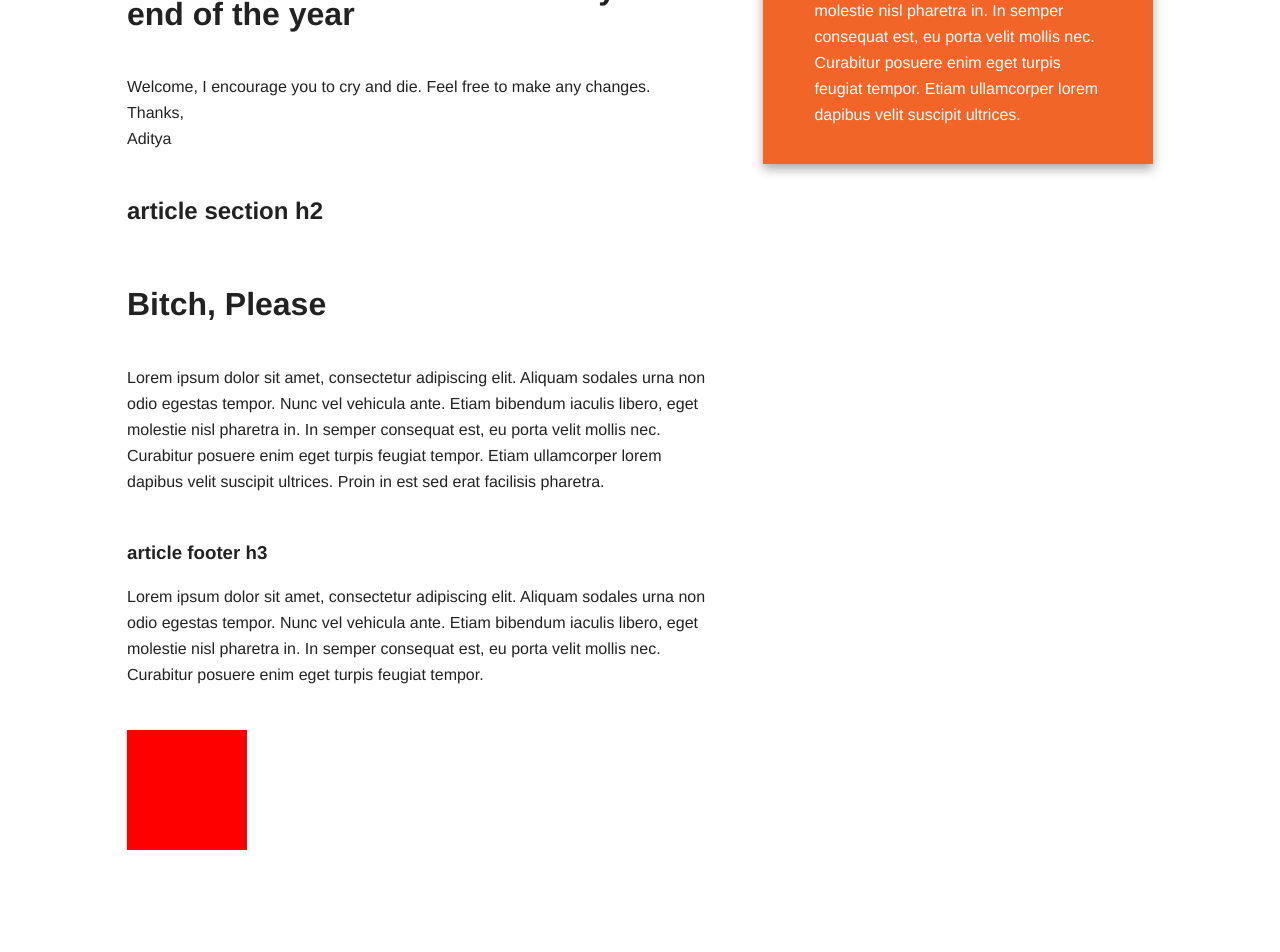
Repository: creativeday/Team2
Page: index.html
The author's editor kept a record of every edit. The page is drawn from the files as they stood at one moment, then again after the next edit.
The browser window is 1280 px wide. The pictures show the part of the page from y = 641 to 1593 px (the page is 2077 px tall before and 1956 px after).
A picture or video elsewhere on the page could not be fetched, so the positions and the page height are approximate. Some web libraries are served in a nearby version.

Above is the page before.

### index.html
<!DOCTYPE html>
<html class="no-js">
    <head>
        <script>
            alert("Welcome");
        </script>
        <meta charset="utf-8">
        <meta http-equiv="X-UA-Compatible" content="IE=edge,chrome=1">
        <title>Aditya</title>
        <meta name="description" content="">
        <meta name="viewport" content="width=device-width, initial-scale=1">

        <link rel="stylesheet" href="css/normalize.min.css">
        <link rel="stylesheet" href="css/main.css">

        <script src="js/vendor/modernizr-2.6.2-respond-1.1.0.min.js"></script>
    </head>
    <body>

        <div class="header-container">
            <header class="wrapper clearfix">
                <img src = http://upload.wikimedia.org/wikipedia/en/0/08/LearnToBeLogo.gif>
                <div class = "navlink">
                    <br>
                    <a href = "http://google.com">
                        <button>Google</button>
                    </a>
                </div>
                <div class = "navlink">
                    <br>
                    <a href = "http://google.com">
                        <button>Aditya is the best</button>
                    </a>
                </div>
                <div class = "navlink">
                    <br>
                    <a href = "http://google.com">
                        <button>Better than you</button>
                    </a>
                </div>
                <div class = "navlink">
                    <br>
                    <a href = "http://google.com">
                        <button>Button</button>
                    </a>
                </div>
                <div class = "navlink">
                    <br>
                    <a href = "http://google.com">
                        <button>Button</button>
                    </a>
                </div>
                <div class = "navlink">
                    <br>
                    <a href = "http://google.com">
                        <button>Button</button>
                    </a>
                </div>
                <nav>
                    <ul>
                        <li><a href="#">Innovate</a></li>
                        <li><a href="#">Create</a></li>
                        <li><a href="http://www.mvcompsci.com">MV Comp Sci</a></li>
                    </ul>
                </nav>
            </header>
        </div>

        <div class="main-container">
            <div class="main wrapper clearfix">

                <article>
                    <header>
                        <h1>Welcome</h1>
                        <h1>Lets get started</h1>
                    </header>
                    <section>
                        <br>
                        <h1>We really need to start working on the website if we need to finish it by the end of the year</h1><br>
                        Welcome, I encourage you to cry and die. Feel free to make any changes.
                        <br> Thanks,
                        <br> Aditya<br><br>
                    </section>
                    <section>
                        <h2>article section h2</h2>
                        <br><h1>Bitch, Please</h1><br>
                        Lorem ipsum dolor sit amet, consectetur adipiscing elit. Aliquam sodales urna non odio egestas tempor. Nunc vel vehicula ante. Etiam bibendum iaculis libero, eget molestie nisl pharetra in. In semper consequat est, eu porta velit mollis nec. Curabitur posuere enim eget turpis feugiat tempor. Etiam ullamcorper lorem dapibus velit suscipit ultrices. Proin in est sed erat facilisis pharetra.<br><br>
                    </section>
                    <footer>
                        <h3>article footer h3</h3>
                        Lorem ipsum dolor sit amet, consectetur adipiscing elit. Aliquam sodales urna non odio egestas tempor. Nunc vel vehicula ante. Etiam bibendum iaculis libero, eget molestie nisl pharetra in. In semper consequat est, eu porta velit mollis nec. Curabitur posuere enim eget turpis feugiat tempor.<br><br>
                    </footer>

                    <div>
                    <p></p><br><br><br><br><br><br><br><br><br><br><br><br><br><br><br><br>
                </article>

                <aside>
                    <h3>Aditya Ramkumar's Team 2 site</h3>
                    This site belongs to Aditya! Lorem ipsum dolor sit amet, consectetur adipiscing elit. Aliquam sodales urna non odio egestas tempor. Nunc vel vehicula ante. Etiam bibendum iaculis libero, eget molestie nisl pharetra in. In semper consequat est, eu porta velit mollis nec. Curabitur posuere enim eget turpis feugiat tempor. Etiam ullamcorper lorem dapibus velit suscipit ultrices.<br><br>
                </aside>

            </div> <!-- #main -->

        </div> <!-- #main-container -->

        <div>
            <style>
p {
    width: 120px;
    height: 120px;
    background: red;
    position: relative;
    /* Chrome, Safari, Opera */
    -webkit-animation-name: myfirst;
    -webkit-animation-duration: 3s;
    -webkit-animation-timing-function: linear;
    -webkit-animation-delay: 2s;
    -webkit-animation-iteration-count: infinite;
    -webkit-animation-direction: alternate;
    -webkit-animation-play-state: running;
    -webkit-transition: width 2s; /* For Safari 3.1 to 6.0 */
    transition: width 2s;
    /* Standard syntax */
    animation-name: myfirst;
    animation-duration: 3s;
    animation-timing-function: linear;
    animation-delay: 2s;
    animation-iteration-count: infinite;
    animation-direction: alternate;
    animation-play-state: running;
}

/* Chrome, Safari, Opera */
@-webkit-keyframes myfirst {
    0%   {background:red; left:0px; top:0px;}
    25%  {background:yellow; left:450px; top:0px;}
    50%  {background:blue; left:450px; top:450px;}
    75%  {background:green; left:0px; top:450px;}
    100% {background:red; left:0px; top:0px;}
}

/* Standard syntax */
@keyframes myfirst {
    0%   {background:red; left:0px; top:0px;}
    25%  {background:yellow; left:450px; top:0px;}
    50%  {background:blue; left:450px; top:450px;}
    75%  {background:green; left:0px; top:450px;}
    100% {background:red; left:0px; top:0px;}
}
p:hover {
    width: 300px;
}
</style>
        </div>


        <div class="footer-container">
            <footer class="wrapper">
                <h3>Thank you from Aditya</h3>
            </footer>
        </div>

        <script src="//ajax.googleapis.com/ajax/libs/jquery/1.11.1/jquery.min.js"></script>
        <script>window.jQuery || document.write('<script src="js/vendor/jquery-1.11.1.min.js"><\/script>')</script>

        <script src="js/main.js"></script>
    </body>
</html>

### css/main.css
/*! HTML5 Boilerplate v4.3.0 | MIT License | http://h5bp.com/ */

.navlink {
    width: 16.666%;
    float: left;
}

html,
button,
input,
select,
textarea {
    color: #222;
}

html {
    font-size: 1em;
    line-height: 1.4;
}

::-moz-selection {
    background: #b3d4fc;
    text-shadow: none;
}

::selection {
    background: #b3d4fc;
    text-shadow: none;
}

hr {
    display: block;
    height: 1px;
    border: 0;
    border-top: 1px solid #ccc;
    margin: 1em 0;
    padding: 0;
}

audio,
canvas,
img,
video {
    vertical-align: middle;
}

fieldset {
    border: 0;
    margin: 0;
    padding: 0;
}

textarea {
    resize: vertical;
}

.browsehappy {
    margin: 0.2em 0;
    background: #ccc;
    color: #000;
    padding: 0.2em 0;
}


/* ===== Initializr Styles ==================================================
   Author: Jonathan Verrecchia - verekia.com/initializr/responsive-template
   ========================================================================== */

body {
    font: 16px/26px Helvetica, Helvetica Neue, Arial;
}

.wrapper {
    width: 90%;
    margin: 0 5%;
}

/* ===================
    ALL: Orange Theme
   =================== */

.header-container {
    border-bottom: 20px solid #e44d26;
}

.footer-container,
.main aside {
    border-top: 20px solid #e44d26;
}

.header-container,
.footer-container,
.main aside {
    background: #f16529;
}

.title {
    color: white;
}

/* ==============
    MOBILE: Menu
   ============== */

nav ul {
    margin: 0;
    padding: 0;
}

nav a {
    display: block;
    margin-bottom: 10px;
    padding: 15px 0;

    text-align: center;
    text-decoration: none;
    font-weight: bold;

    color: white;
    background: #e44d26;
}

nav a:hover,
nav a:visited {
    color: white;
}

nav a:hover {
    text-decoration: underline;
}

/* ==============
    MOBILE: Main
   ============== */

.main {
    padding: 30px 0;
}

.main article h1 {
    font-size: 2em;
}

.main aside {
    color: white;
    padding: 0px 5% 10px;
}

.footer-container footer {
    color: white;
    padding: 20px 0;
}

/* ===============
    ALL: IE Fixes
   =============== */

.ie7 .title {
    padding-top: 20px;
}

/* ==========================================================================
   Author's custom styles
   ========================================================================== */















/* ==========================================================================
   Media Queries
   ========================================================================== */

@media only screen and (min-width: 480px) {

/* ====================
    INTERMEDIATE: Menu
   ==================== */

    nav a {
        float: left;
        width: 27%;
        margin: 0 1.7%;
        padding: 25px 2%;
        margin-bottom: 0;
    }

    nav li:first-child a {
        margin-left: 0;
    }

    nav li:last-child a {
        margin-right: 0;
    }

/* ========================
    INTERMEDIATE: IE Fixes
   ======================== */

    nav ul li {
        display: inline;
    }

    .oldie nav a {
        margin: 0 0.7%;
    }
}

@media only screen and (min-width: 768px) {

/* ====================
    WIDE: CSS3 Effects
   ==================== */

    .header-container,
    .main aside {
        -webkit-box-shadow: 0 5px 10px #aaa;
           -moz-box-shadow: 0 5px 10px #aaa;
                box-shadow: 0 5px 10px #aaa;
    }

/* ============
    WIDE: Menu
   ============ */

    .title {
        float: left;
    }

    nav {
        float: right;
        width: 38%;
    }

/* ============
    WIDE: Main
   ============ */

    .main article {
        float: left;
        width: 57%;
    }

    .main aside {
        float: right;
        width: 28%;
    }
}

@media only screen and (min-width: 1140px) {

/* ===============
    Maximal Width
   =============== */

    .wrapper {
        width: 1026px; /* 1140px - 10% for margins */
        margin: 0 auto;
    }
}

/* ==========================================================================
   Helper classes
   ========================================================================== */

.ir {
    background-color: transparent;
    border: 0;
    overflow: hidden;
    *text-indent: -9999px;
}

.ir:before {
    content: "";
    display: block;
    width: 0;
    height: 150%;
}

.hidden {
    display: none !important;
    visibility: hidden;
}

.visuallyhidden {
    border: 0;
    clip: rect(0 0 0 0);
    height: 1px;
    margin: -1px;
    overflow: hidden;
    padding: 0;
    position: absolute;
    width: 1px;
}

.visuallyhidden.focusable:active,
.visuallyhidden.focusable:focus {
    clip: auto;
    height: auto;
    margin: 0;
    overflow: visible;
    position: static;
    width: auto;
}

.invisible {
    visibility: hidden;
}

.clearfix:before,
.clearfix:after {
    content: " ";
    display: table;
}

.clearfix:after {
    clear: both;
}

.clearfix {
    *zoom: 1;
}

/* ==========================================================================
   Print styles
   ========================================================================== */

@media print {
    * {
        background: transparent !important;
        color: #000 !important;
        box-shadow: none !important;
        text-shadow: none !important;
    }

    a,
    a:visited {
        text-decoration: underline;
    }

    a[href]:after {
        content: " (" attr(href) ")";
    }

    abbr[title]:after {
        content: " (" attr(title) ")";
    }

    .ir a:after,
    a[href^="javascript:"]:after,
    a[href^="#"]:after {
        content: "";
    }

    pre,
    blockquote {
        border: 1px solid #999;
        page-break-inside: avoid;
    }

    thead {
        display: table-header-group;
    }

    tr,
    img {
        page-break-inside: avoid;
    }

    img {
        max-width: 100% !important;
    }

    @page {
        margin: 0.5cm;
    }

    p,
    h2,
    h3 {
        orphans: 3;
        widows: 3;
    }

    h2,
    h3 {
        page-break-after: avoid;
    }

}

Loaded but not shown: css/normalize.min.css (common file); js/vendor/modernizr-2.6.2-respond-1.1.0.min.js (library); js/main.js (empty)

After the next edit:
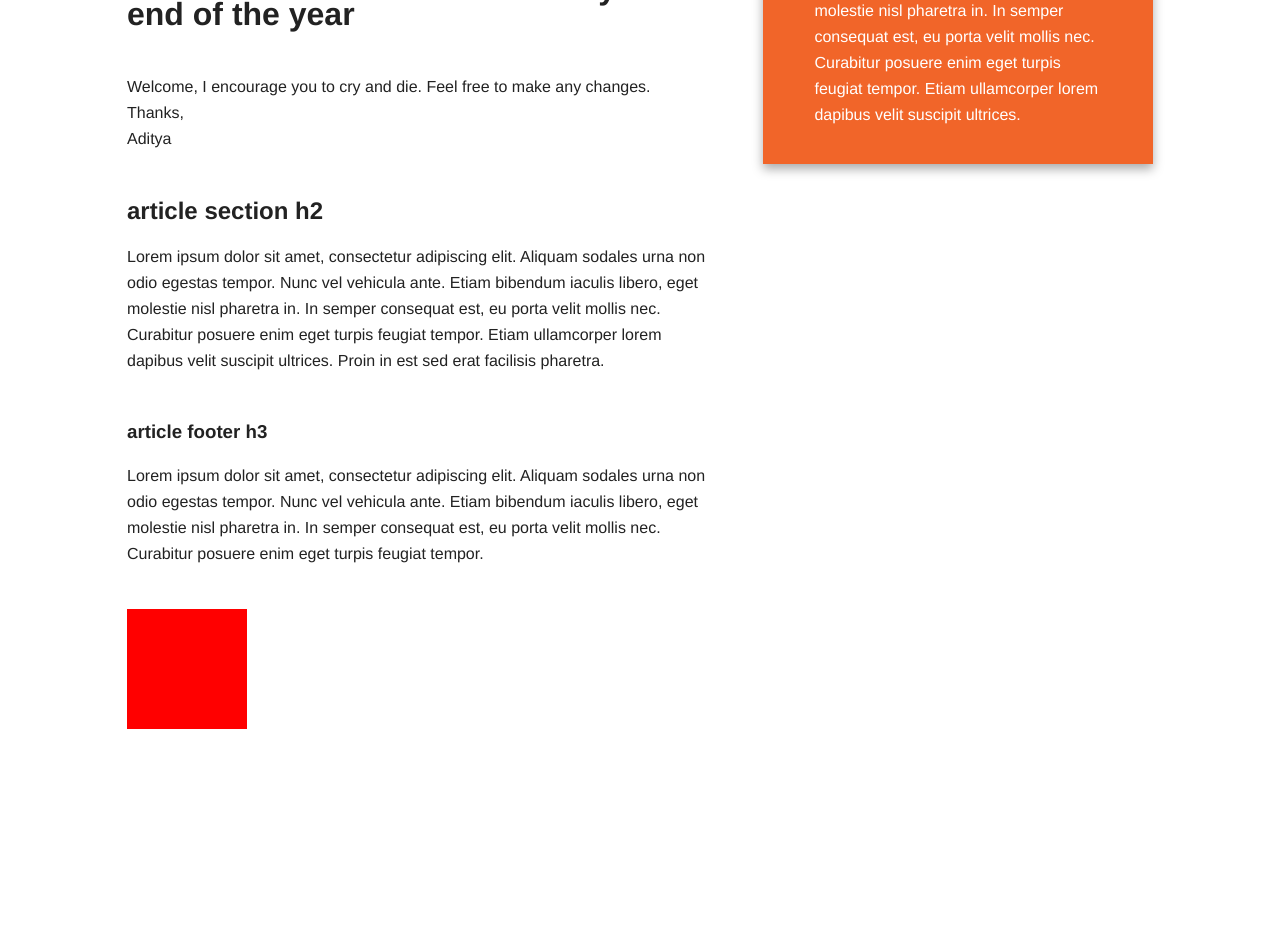
The edit:
--- a/index.html
+++ b/index.html
@@ -83,7 +83,6 @@
                     </section>
                     <section>
                         <h2>article section h2</h2>
-                        <br><h1>Bitch, Please</h1><br>
                         Lorem ipsum dolor sit amet, consectetur adipiscing elit. Aliquam sodales urna non odio egestas tempor. Nunc vel vehicula ante. Etiam bibendum iaculis libero, eget molestie nisl pharetra in. In semper consequat est, eu porta velit mollis nec. Curabitur posuere enim eget turpis feugiat tempor. Etiam ullamcorper lorem dapibus velit suscipit ultrices. Proin in est sed erat facilisis pharetra.<br><br>
                     </section>
                     <footer>
